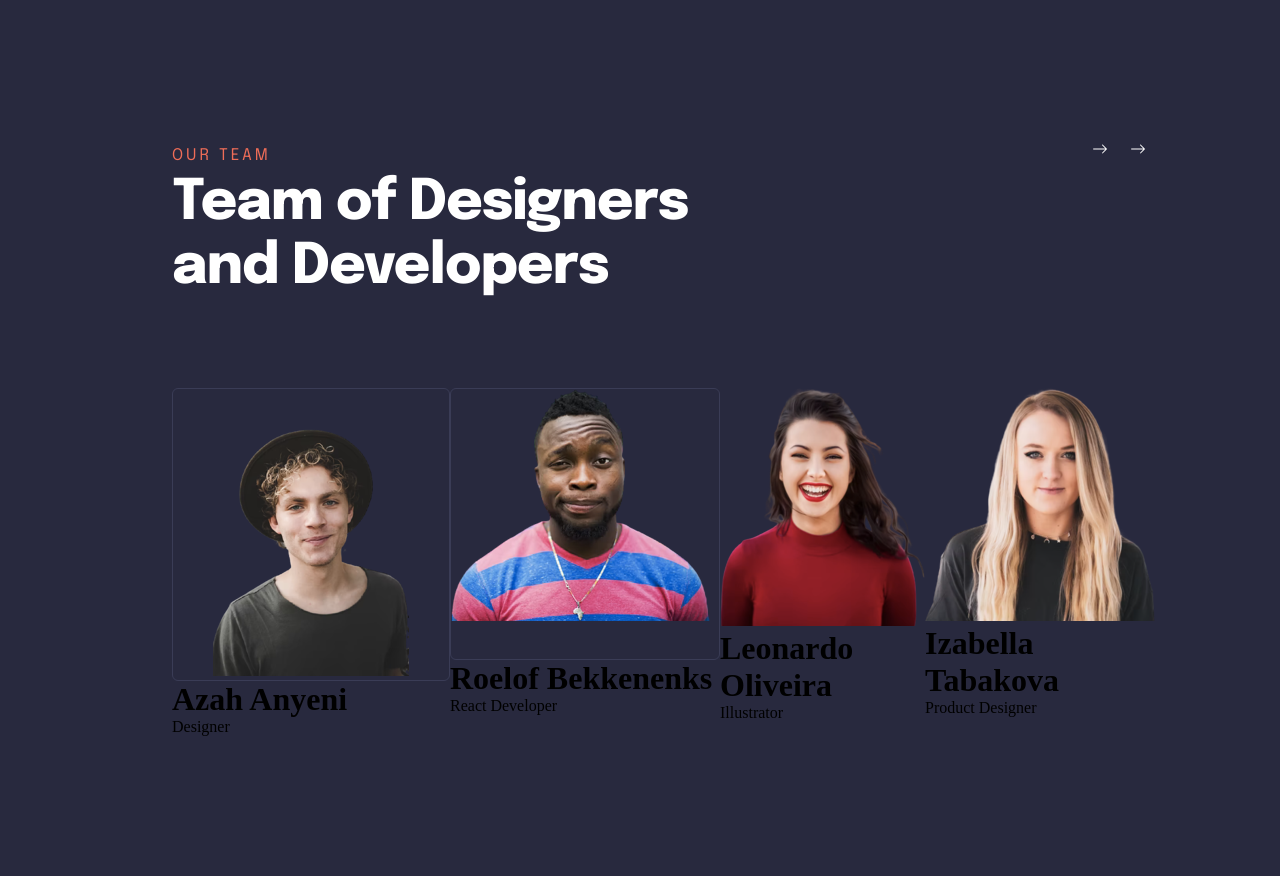
Repository: AytacJafarova/web-site
Page: index.html
The author's editor kept a copy of each file at every save. The page is drawn from the files as they stood at one save, then again after the next save.
The browser window is 1280 px wide. The pictures show the whole page.

Above is the page before, as saved 2023-08-15 14:42:53.

After the next save:
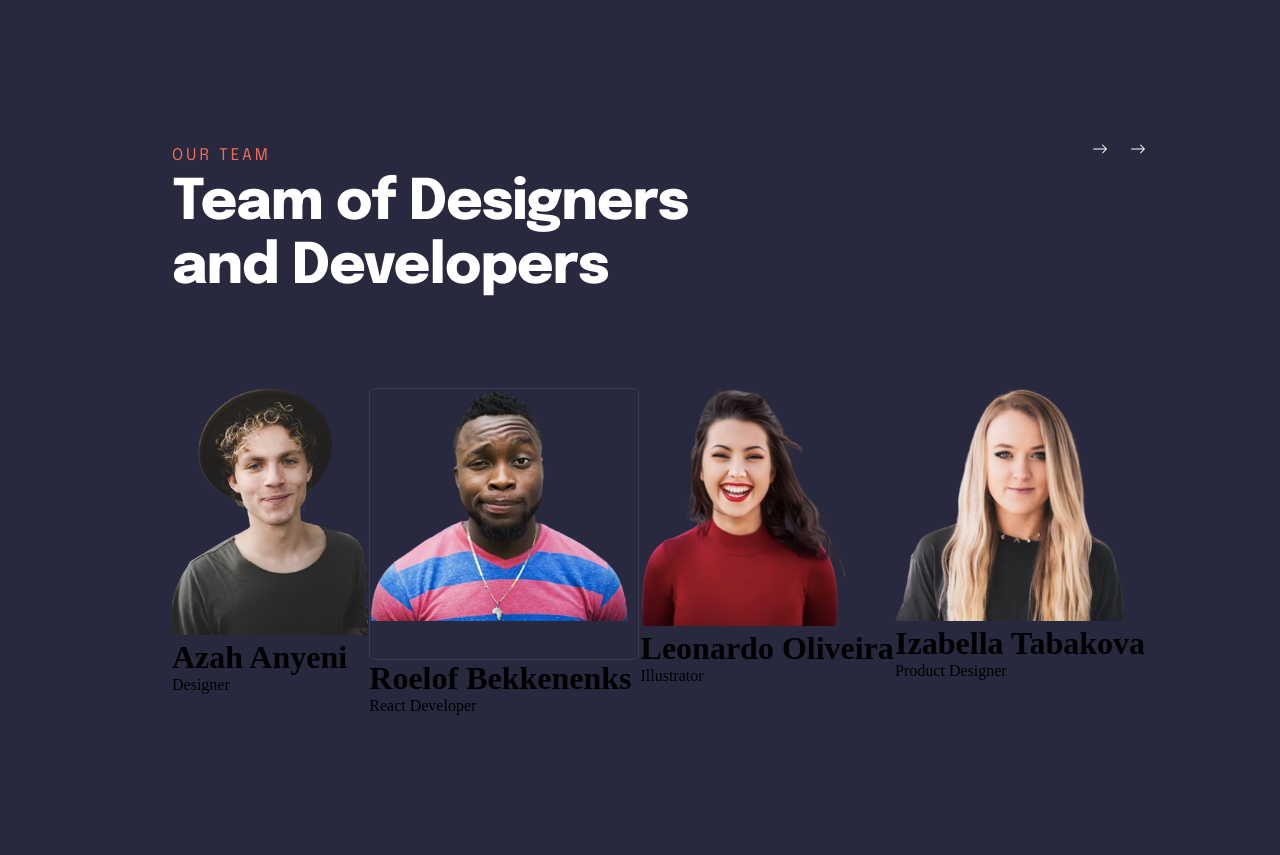
Saved 7 s later.
--- a/index.css
+++ b/index.css
@@ -50,11 +50,7 @@
   width: 196px;
   height: 247px;
 }
-.developers ul li .img1 .border {
-  padding: 40px 40px 0 40px;
-  border-radius: 6px;
-  border: 1px solid #3a3c56;
-}
+
 .developers ul li .img2 img {
   width: 259px;
   height: 232px;
